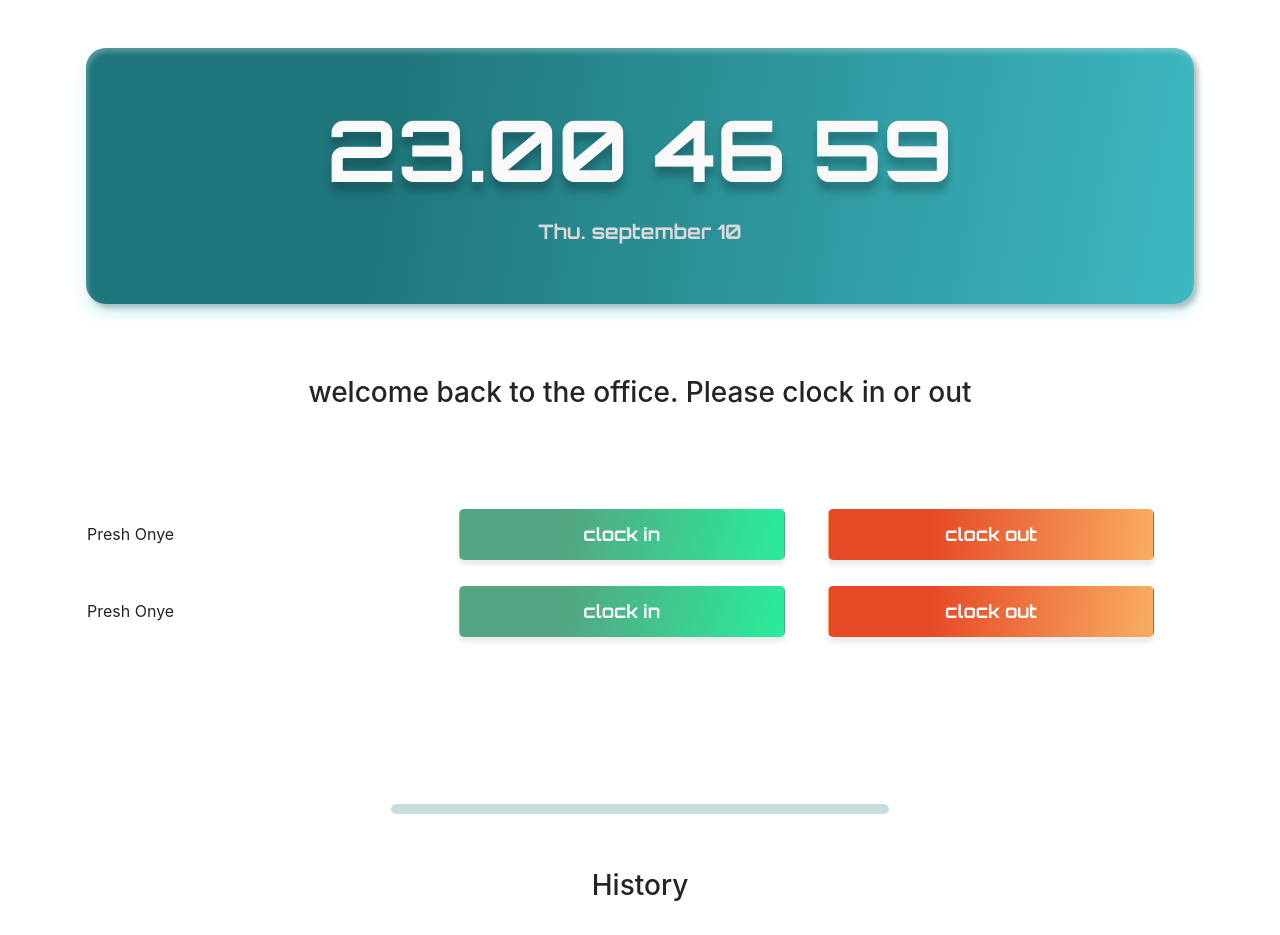
Repository: giprim/clocker
Page: /
The author's editor kept a copy of each file at every save. The page is drawn from the files as they stood at one save, then again after the next save.
The browser window is 1280 px wide. The pictures show the whole page.
The project was rebuilt for these pictures with package versions that can differ from the ones it lists, and the page was loaded fresh each time.

Above is the page before, as saved 2020-09-11 00:03:57.

After the next save:
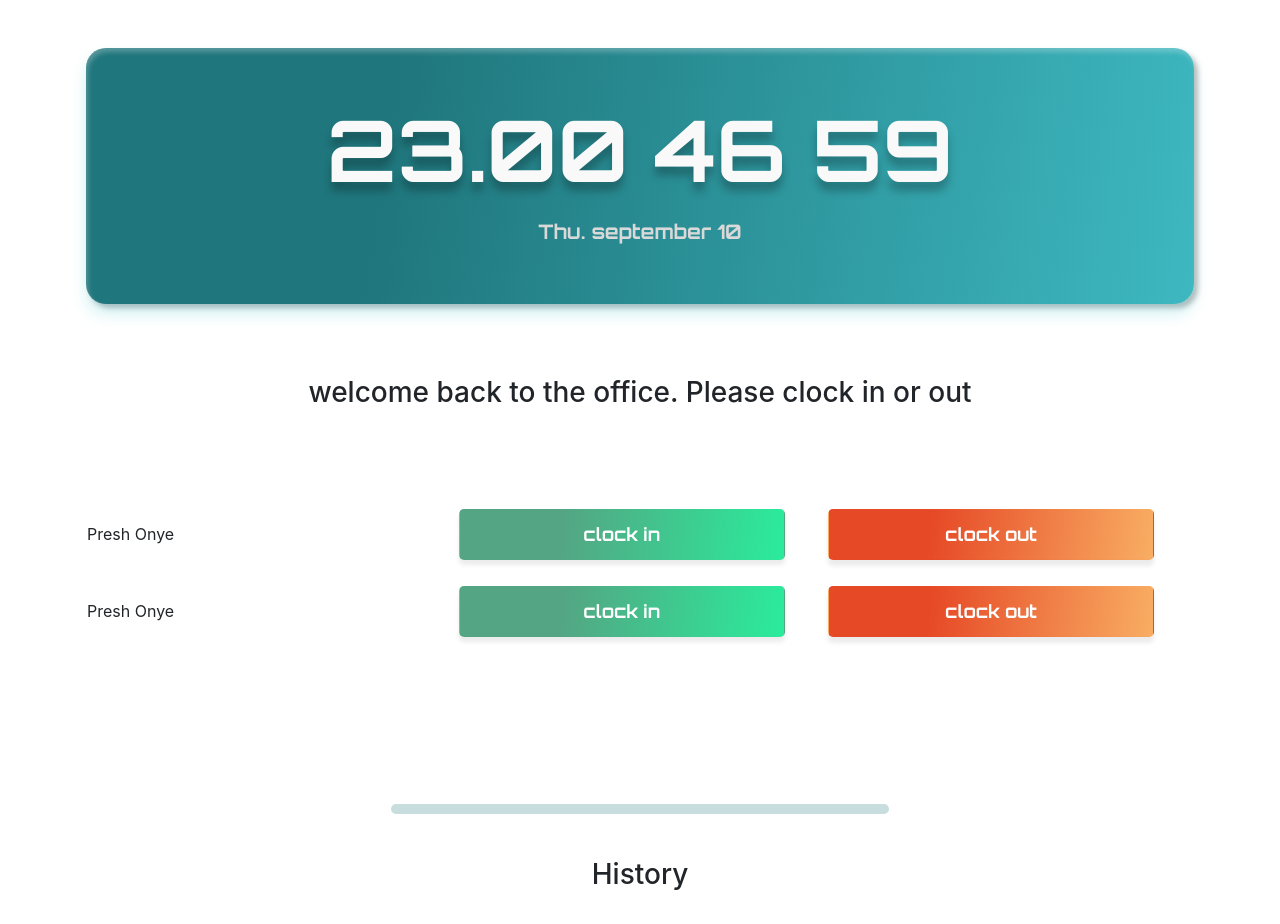
Saved 9 s later.
--- a/src/App.css
+++ b/src/App.css
@@ -83,7 +83,7 @@ table tr td {
 
 hr {
   border-radius: 15px;
-  margin: 5% auto;
+  margin: 4% auto;
   margin-top: 15%;
   width: 45%;
   padding: 5px;
